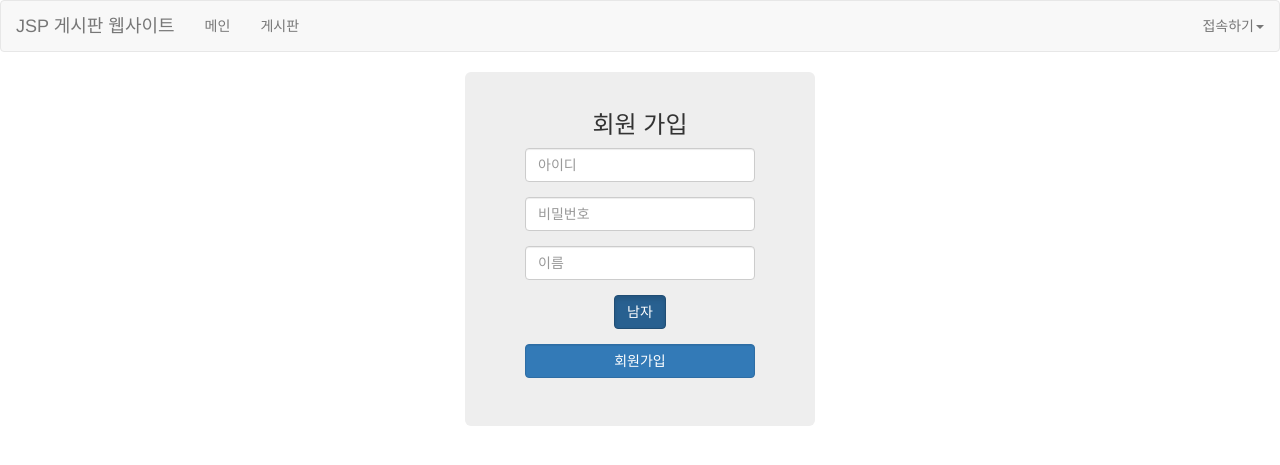
Repository: dofd6220/JSP-
Page: http://localhost/BBS/join.jsp
An editor plug-in stored every save of this project. The page is shown before and after the next save, followed by the edit.
The browser window is 1280 px wide. The pictures show the whole page.
Some web libraries are served in a nearby version. The page is served by Tomcat 9. Other server files are loaded and not shown.

Above is the page before, as saved 2023-11-18 13:27:33.

### BBS/src/main/webapp/join.jsp
<%@ page language="java" contentType="text/html; charset=UTF-8"
    pageEncoding="UTF-8"%>
<!DOCTYPE html>
<html>
<head>
<meta charset="UTF-8">
<meta name="viewport" content="width=device-width, initial-scale=1">
<link rel="stylesheet" href="css/bootstrap.css">
<title>JSP 게시판 웹 사이트</title>
</head>
<body>
	<nav class = "navbar navbar-default">
		<div class="navbar-header">
			<button type="button" class="navbar-toggle collapsed"
				data-toggle="collapse" data-target="#bs-example-navbar-collapse-1"
				aria-expanded="false">
				<span class="icon-bar"></span>
				<span class="icon-bar"></span>
				<span class="icon-bar"></span>
				</button>
				<a class="navbar-brand" href="main.jsp">JSP 게시판 웹사이트</a>
		</div>
		<div class="collapse navbar-collapse" id ="bs-example-navbar-collapse-1">
			<ul class="nav navbar-nav">
				<li><a href="main.jsp">메인</a></li>
				<li><a href="bbs.jsp">게시판</a></li>
			</ul>

			<ul class="nav navbar-nav navbar-right">
				<li class="dropdown">
					<a href="#" class="dropdown-toggle"
						data-toggle="dropdown" role="button" aria-haspopup="true"
						aria-expanded="false">접속하기<span class="caret"></span>
					</a>
					<ul class="dropdown-menu">
						<li><a href="login.jsp ">로그인</a></li>
						<li class="active"><a href="join.jsp">회원가입</a></li>
					</ul>
				</li>
			</ul>
		</div>
	</nav>
	<div class="container">
		<div class="col-lg-4"></div>
		<div class="col-lg-4">
			<div class="jumbotron" style="padding-top: 20px;">
				<form method="post" action="loginAction.jsp">
					<h3 style="text-align: center;">회원 가입</h3>
						<div class="form-group">
							<input type="text" class="form-control" placeholder="아이디" name="userID" maxlength="20">
						</div>
						<div class="form-group">
							<input type="password" class="form-control" placeholder="비밀번호" name="userPassword" maxlength="20">
						</div>
						<div class="form-group">
							<input type="text" class="form-control" placeholder="이름" name="userName" maxlength="20">
						</div>
						<div class="form-group" style="text-align: center;">
							<div class ="btn-group" data-toggle="buttons">
								<label class="btn btn-primary active">
									<input type="radio" name="userGender" autocomplete="off" value="남자" checked>남자
								</label>
							</div>
						</div>
						<input type="submit" class="btn btn-primary form-control" value="회원가입">
				</form>
			</div>
		</div>
	</div>
	<script src="https://code.jquery.com/jquery-3.1.1.min.js"></script>
	<script src="js/bootstrap.js"></script>
</body>
</html>

Loaded but not shown: BBS/src/main/webapp/css/bootstrap.css (library); BBS/src/main/webapp/js/bootstrap.js (library)

After the next save:
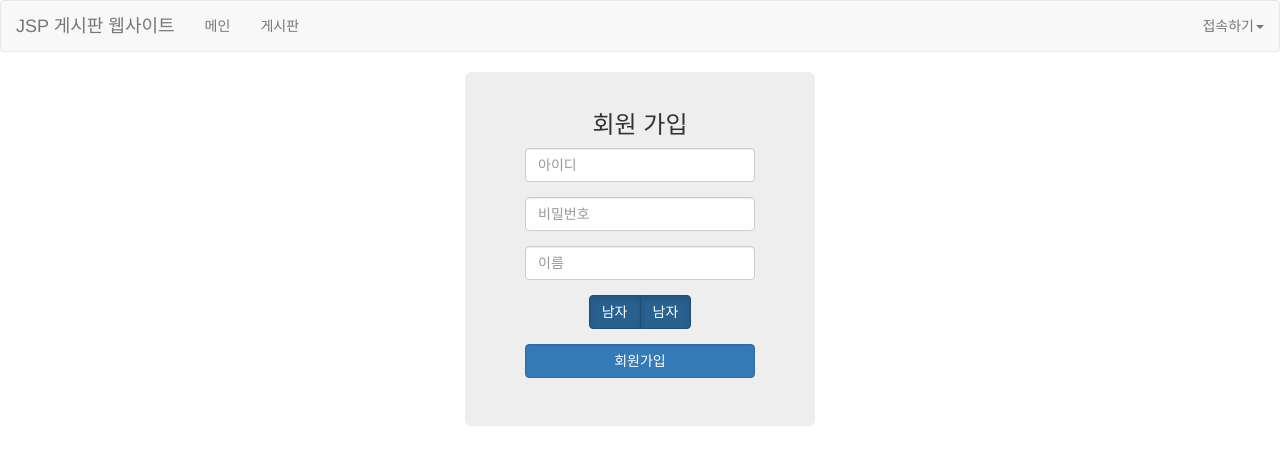
Saved 6 s later.
--- a/BBS/src/main/webapp/join.jsp
+++ b/BBS/src/main/webapp/join.jsp
@@ -60,6 +60,9 @@
 								<label class="btn btn-primary active">
 									<input type="radio" name="userGender" autocomplete="off" value="남자" checked>남자
 								</label>
+								<label class="btn btn-primary active">
+									<input type="radio" name="userGender" autocomplete="off" value="남자" checked>남자
+								</label>
 							</div>
 						</div>
 						<input type="submit" class="btn btn-primary form-control" value="회원가입">
